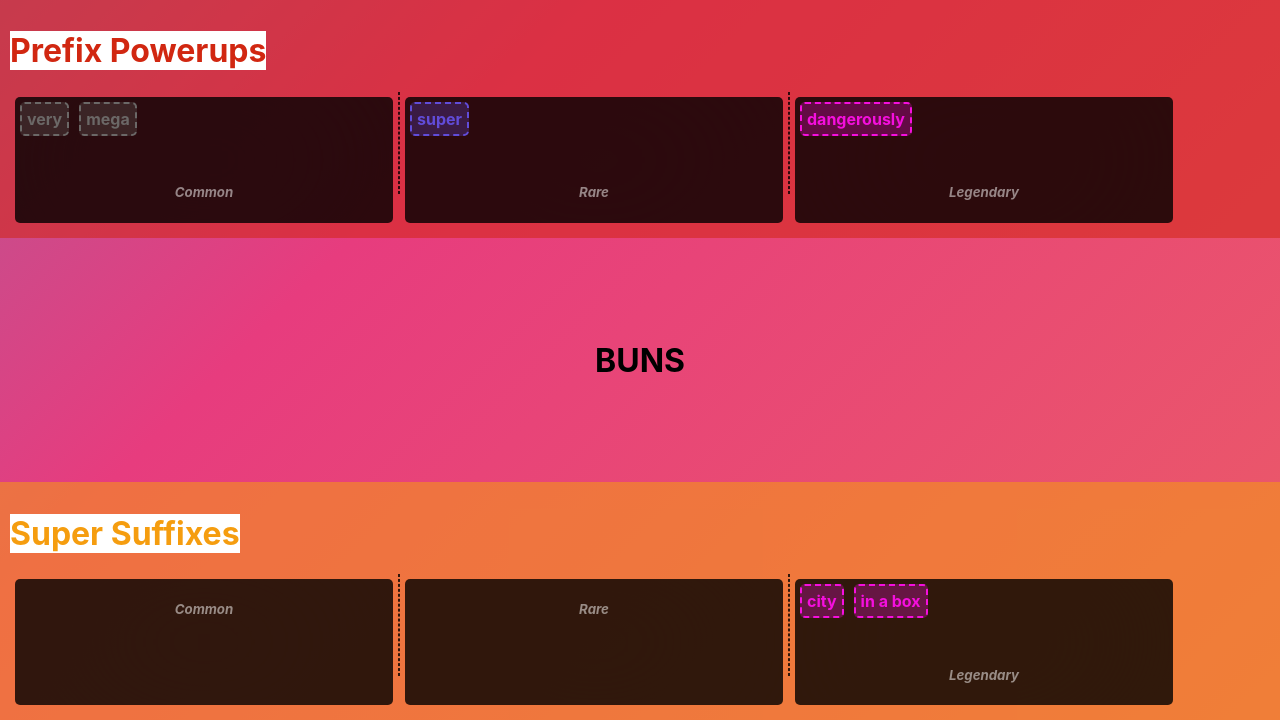
Repository: bsalgado98/buns-inator
Page: /
The author's editor kept a copy of each file at every save. The page is drawn from the files as they stood at one save, then again after the next save.
The browser window is 1280 px wide. The pictures show the whole page.
The project was rebuilt for these pictures with package versions that can differ from the ones it lists, and the page was loaded fresh each time.

Above is the page before, as saved 2022-04-25 23:29:26.

### src/index.css
body {
    margin: 0;
    padding: 0;
    font-family: -apple-system, BlinkMacSystemFont, 'Segoe UI', 'Roboto', 'Oxygen',
        'Ubuntu', 'Cantarell', 'Fira Sans', 'Droid Sans', 'Helvetica Neue',
        sans-serif;
    -webkit-font-smoothing: antialiased;
    -moz-osx-font-smoothing: grayscale;
    height: 100vh;
    background-attachment: fixed;
}

code {
    font-family: source-code-pro, Menlo, Monaco, Consolas, 'Courier New', monospace;
}

### src/App.js
import './App.css';
import WordBank from './components/WordBank/WordBank'
import SubjectCard from './components/SubjectCard/SubjectCard';
import { RARITY, PART_OF_SENTENCE, COLOR } from './utility/constants'

function App() {
    const wordList = {
        prefixPowerups: [
            {
                sectionTitle: RARITY.COMMON,
                words: ['very', 'mega'],
                color: COLOR.COMMON,
                partOfSentence: PART_OF_SENTENCE.PREFIX
            },
            {
                sectionTitle: RARITY.RARE,
                words: ['super'],
                color: COLOR.RARE,
                partOfSentence: PART_OF_SENTENCE.PREFIX
            },
            {
                sectionTitle: RARITY.LEGENDARY,
                words: ['dangerously'],
                color: COLOR.LEGENDARY,
                partOfSentence: PART_OF_SENTENCE.PREFIX
            }
        ],
        superSuffixes: [
            {
                sectionTitle: RARITY.COMMON,
                words: [],
                color: COLOR.COMMON,
                partOfSentence: PART_OF_SENTENCE.SUFFIX
            },
            {
                sectionTitle: RARITY.RARE,
                words: [],
                color: COLOR.RARE,
                partOfSentence: PART_OF_SENTENCE.SUFFIX
            },
            {
                sectionTitle: RARITY.LEGENDARY,
                words: ['city', 'in a box'],
                color: COLOR.LEGENDARY,
                partOfSentence: PART_OF_SENTENCE.SUFFIX
            }
        ]
    }

    return (
        <div className="App">
            <div className="word-bank">
                <WordBank bankTitle='Prefix Powerups' color={COLOR.PREFIX_POWERUPS} wordCollection={wordList.prefixPowerups} />
            </div>
            <div className="subject-card-container">
                <SubjectCard text="BUNS"/>
            </div>
            <div className="word-bank">
                <WordBank bankTitle='Super Suffixes' color={COLOR.SUPER_SUFFIXES} wordCollection={wordList.superSuffixes} />
            </div>
        </div>
    );
}

export default App;

### src/App.css
.App {
    text-align: center;
    height: 100vh;
    display: flex;
    flex-direction: column;
    background: linear-gradient(-45deg, #ee7752, #e73c7e, #23a6d5, #23d5ab);
	background-size: 400% 400%;
	animation: gradient 15s ease infinite;
    background-attachment: fixed;
}

.word-bank {
}

.subject-card-container {
    flex-grow: 3;
    display: flex;
    align-items: center;
    justify-content: center;
}

@keyframes gradient {
	0% {
		background-position: 0% 50%;
	}
	50% {
		background-position: 100% 50%;
	}
	100% {
		background-position: 0% 50%;
	}
}

### src/components/WordBank/WordBank.js
import createWordSection from "../../utility/wordSection"

const WordBank = ({ bankTitle = "N/A", color = "#000000", wordCollection = [] }) => {
    const styles = {
        container: {
            style: {
                backgroundColor: `${color}88`,
                display: 'flex',
                flexDirection: 'column',
                padding: '10px'
            }
        },
        title: {
            style: {
                color: color,
                backgroundColor: 'white'
            },
            container: {
                style: {
                    display: 'flex',
                    width: '100%'
                }
            }
        },
        collectionArea: {
            style: {
                display: 'flex'
            },
            section: {
                style: {
                    display: 'flex',
                    flexDirection: 'column',
                    width: '30%',
                    backgroundColor: 'rgba(0, 0, 0, 0.8)',
                    backdropFilter: 'blur(100px)',
                    margin: '5px',
                    borderRadius: '5px'
                },
                wordArea: {
                    style: {
                        display: 'flex'
                    }
                },
                title: {
                    style: {
                        opacity: '0.5',
                        fontStyle: 'italic',
                        color: 'white'
                    }
                }
            }
        },
        divider: {
            style: {
                height: '100px',
                width: '0px',
                border: '1px dashed black',
                opacity: '0.8'
            }
        }
    }
    return (
        <div style={styles.container.style}>
            <div style={styles.title.container.style}>
                <h1 style={styles.title.style}>{bankTitle}</h1>
            </div>
            <div style={styles.collectionArea.style}>
                {wordCollection.map((section, i) => {
                    return (
                        <>
                            {i !== 0 ? <span style={styles.divider.style}></span> : null}
                            <div key={`section-${i}`} style={styles.collectionArea.section.style} className="section">
                                <div style={styles.collectionArea.section.wordArea.style}>
                                    {createWordSection(section.words, section.color, section.partOfSentence)}
                                </div>
                                <h5 style={styles.collectionArea.section.title.style}>{section.sectionTitle}</h5>
                            </div>
                        </>
                    )
                })}
            </div>
        </div>
    )
}

export default WordBank

### src/components/SubjectCard/SubjectCard.js
const SubjectCard = ({ text, color }) => {
    const styles = {
        container: {
            style: {

            }
        },
        text: {
            style: {
                color: color
            }
        }
    }
    return (
        <div style={styles.container.style}>
            <h1 style={styles.text.style}>{text}</h1>
        </div>
    )
}

export default SubjectCard

### src/utility/constants.js
export const RARITY = {
    COMMON: 'Common',
    RARE: 'Rare',
    LEGENDARY: 'Legendary'
}

export const PART_OF_SENTENCE = {
    PREFIX: 'prefix',
    SUFFIX: 'suffix'
}

export const COLOR = {
    COMMON: "#6b6867",
    RARE: "#614cd9",
    LEGENDARY: "#f50fde",
    PREFIX_POWERUPS: "#d12711",
    SUPER_SUFFIXES: "#f59d0f"
}

### src/utility/wordSection.js
import WordCard from "../components/WordCard/WordCard";

function createWordSection(words, wordColor, partOfSentence) {
    return words.map((word, i) => <WordCard key={`word-${i}`} text={word} color={wordColor} />)
}

export default createWordSection

### src/components/WordCard/WordCard.js
const WordCard = ({ text = "N/A", color = "#000000", partOfSentence }) => {
    const styles = {
        container: {
            style: {
                background: `${color}44`,
                display: 'flex',
                border: `2px dashed ${color}`,
                margin: '5px',
                padding: '5px',
                borderRadius: '5px',
                height: '30%',
                alignItems: 'center'
            }
        },
        text: {
            style: {
                color: color,
                fontSize: '16px'
            }
        }
    }
    return (
        <div style={styles.container.style}>
            <h1 style={styles.text.style}>{text}</h1>
        </div>
    )
}

export default WordCard

Loaded but not shown: public/index.html (common file); src/index.js (common file); src/reportWebVitals.js (common file)

After the next save:
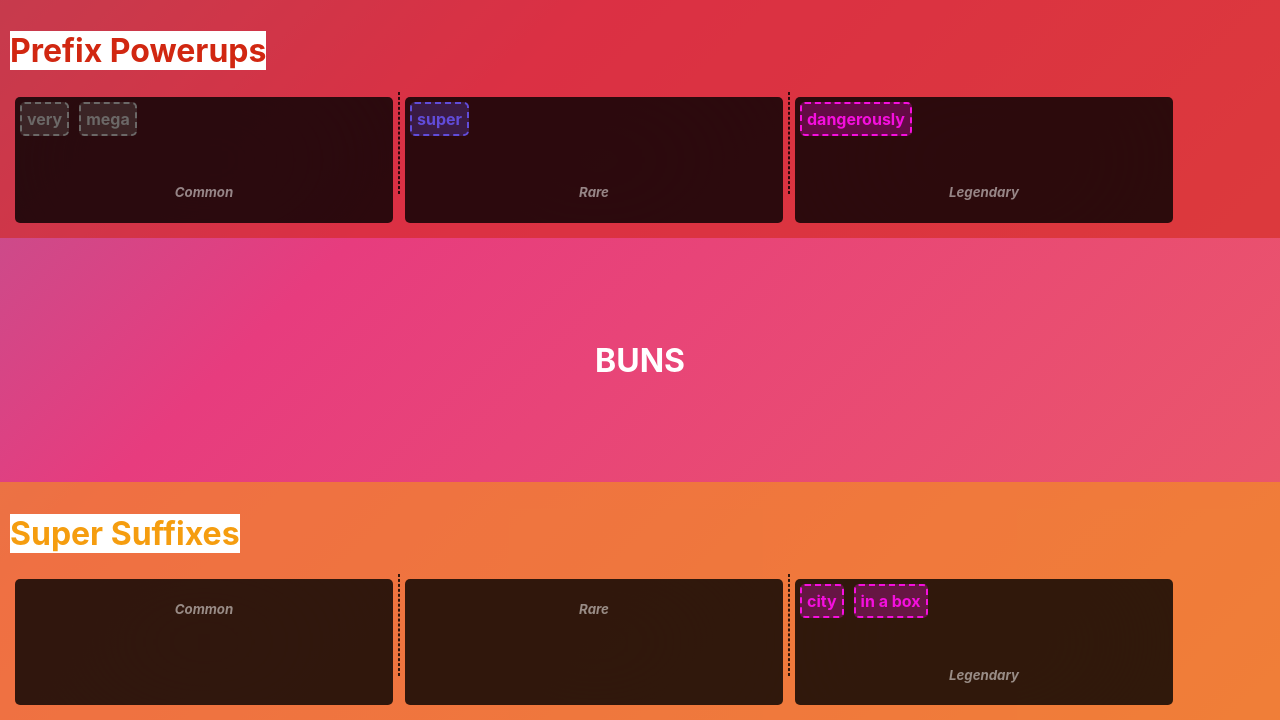
Saved 10 s later.
--- a/src/components/SubjectCard/SubjectCard.js
+++ b/src/components/SubjectCard/SubjectCard.js
@@ -1,4 +1,4 @@
-const SubjectCard = ({ text, color }) => {
+const SubjectCard = ({ text }) => {
     const styles = {
         container: {
             style: {
@@ -7,7 +7,7 @@ const SubjectCard = ({ text, color }) => {
         },
         text: {
             style: {
-                color: color
+                color: "white"
             }
         }
     }
